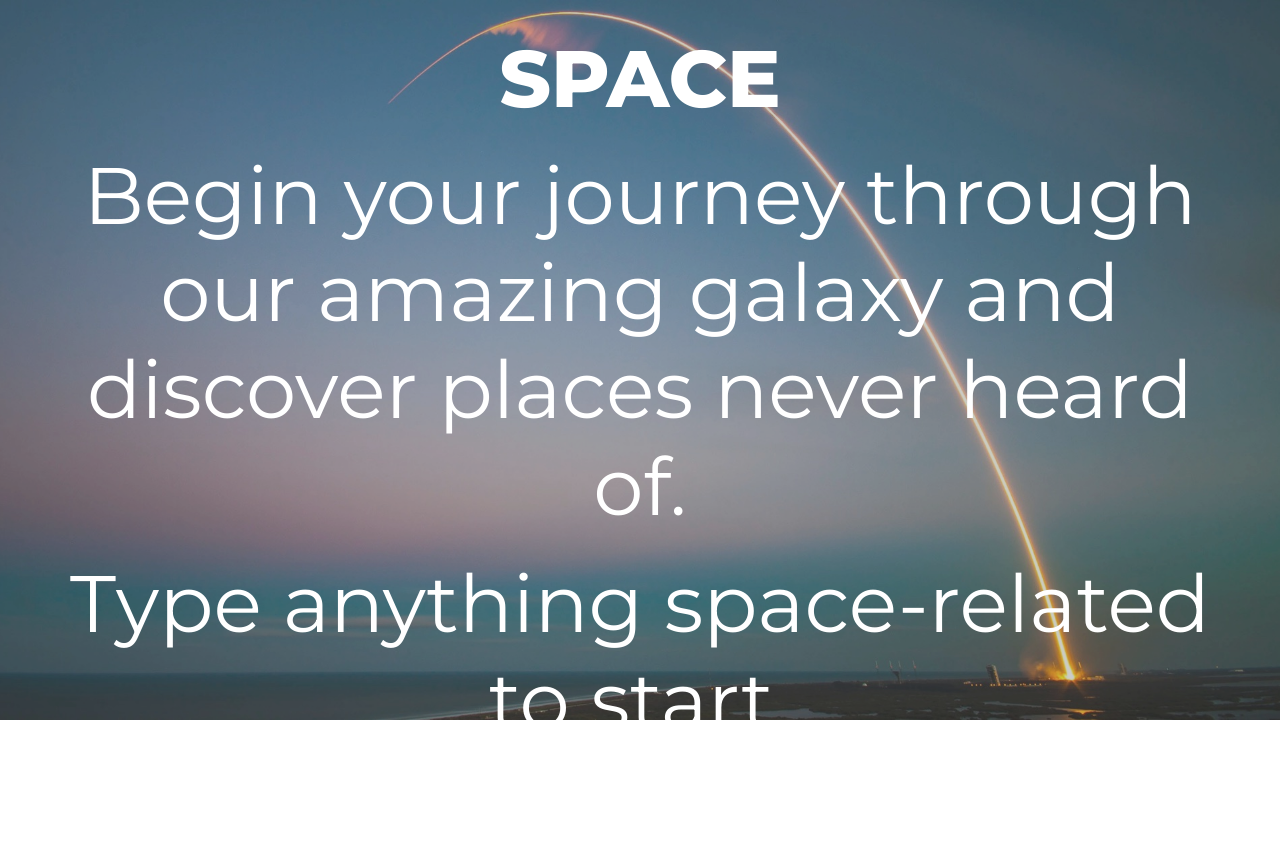
Repository: pmor80/spacer
Page: /
An editor plug-in stored every save of this project. The page is shown before and after the next save, followed by the edit.
The browser window is 1280 px wide. The pictures show the whole page.
The project was rebuilt for these pictures with package versions that can differ from the ones it lists, and the page was loaded fresh each time.

Above is the page before, as saved 2019-07-02 16:10:14.

### public/index.html
<!DOCTYPE html>
<html lang="en">
  <head>
    <meta charset="utf-8">
    <meta http-equiv="X-UA-Compatible" content="IE=edge">
    <meta name="viewport" content="width=device-width,initial-scale=1.0">
    <link rel="icon" href="<%= BASE_URL %>favicon.ico">
    <title>spacer</title>
  </head>
  <body>
    <noscript>
      <strong>We're sorry but spacer doesn't work properly without JavaScript enabled. Please enable it to continue.</strong>
    </noscript>
    <div id="app"></div>
    <!-- built files will be auto injected -->
  </body>
</html>

### src/main.js
import Vue from 'vue';
import App from './App.vue';

Vue.config.productionTip = false;

new Vue({
  render: h => h(App),
}).$mount('#app');

### src/App.vue
<template>
  <div class="wrapper">
    <HeroImage />
    <Claim />
    <SearchInput />
  </div>
</template>

<script>
import axios from "axios";
import debounce from "lodash.debounce";
import Claim from "@/components/Claim.vue";
import SearchInput from "@/components/SearchInput.vue";
import HeroImage from "@/components/HeroImage.vue";

const API = "https://images-api.nasa.gov/search";

export default {
  name: "App",
  components: {
    HeroImage,
    Claim,
    SearchInput
  },
  data() {
    return {
      searchValue: "",
      results: []
    };
  },
  methods: {
    handleInput: debounce(function() {
      axios
        .get(`${API}?q=${this.searchValue}&media_type=image`)
        .then(response => {
          this.results = response.data.collection.items;
        })
        .catch(err => {
          console.log(err);
        });
    }, 500)
  }
};
</script>

<style lang="scss">
@import url("https://fonts.googleapis.com/css?family=Montserrat:300,400,600,800");

* {
  box-sizing: border-box;
}

body {
  font-family: "Montserrat", sans-serif;
  margin: 0;
  padding: 0;
}

.wrapper {
  margin: 0;
  padding: 30px;
  width: 100%;
  min-height: 100vh;
  display: flex;
  flex-direction: column;
  align-items: center;
  justify-content: center;
}
</style>

### src/components/Claim.vue
<template>
  <div class="claimWrapper">
    <h1 class="claim">SPACE</h1>
    <p
      class="subclaim"
    >Begin your journey through our amazing galaxy and discover places never heard of.</p>
    <p class="subclaim">Type anything space-related to start.</p>
  </div>
</template>

<script>
export default {
  name: "Claim"
};
</script>

<style lang="scss" scoped>
.claimWrapper {
  display: flex;
  flex-direction: column;
  justify-content: center;
  align-items: center;
  text-align: center;
  color: #fff;
}
.claim {
  font-size: 50px;
  margin: 0;

  @media (min-width: 768px) {
    font-size: 80px;
  }
}

.subclaim {
  margin: 20px 0 0 0;
  font-size: 13px;

  @media (min-width: 768px) {
    font-size: 80px;
  }
}
</style>

### src/components/SearchInput.vue
<template>
  <div class="searchWrapper">
    <input id="search" name="search" v-model="searchValue" @input="handleInput" />
  </div>
</template>

<script>
export default {
  name: "SearchInput"
};
</script>

<style lang="scss" scoped>
.searchWrapper {
  margin: 50px 0 0 0;
  display: flex;
  flex-direction: column;
  width: 250px;

  input {
    color: #fff;
    text-align: center;
    font-size: 18px;
    font-weight: 300;
    height: 30px;
    border: 0;
    background: none;
    border-bottom: 1px solid #fff;
    transition: box-shadow 0.5s;
  }
  input:focus {
    outline: none;
    box-shadow: 0 10px 20px -8px rgba(255, 255, 255, 0.3);
  }
}
</style>

### src/components/HeroImage.vue
<template>
  <div class="heroImage"></div>
</template>

<script>
export default {
  name: "HeroImage"
};
</script>

<style lang="scss" scoped>
.heroImage {
  width: 100%;
  height: 100vh;
  position: fixed;
  top: 0;
  z-index: -1;
  justify-content: center;
  background-image: url("../assets/heroimage.jpg");
  background-repeat: no-repeat;
  background-size: cover;
  background-position: 80% 0%;
}
.heroImage::after {
  content: "";
  background: rgba(0, 0, 0, 0.2);
  position: absolute;
  top: 0;
  left: 0;
  z-index: 1;
  width: 100%;
  height: 100vh;
}
</style>

After the next save:
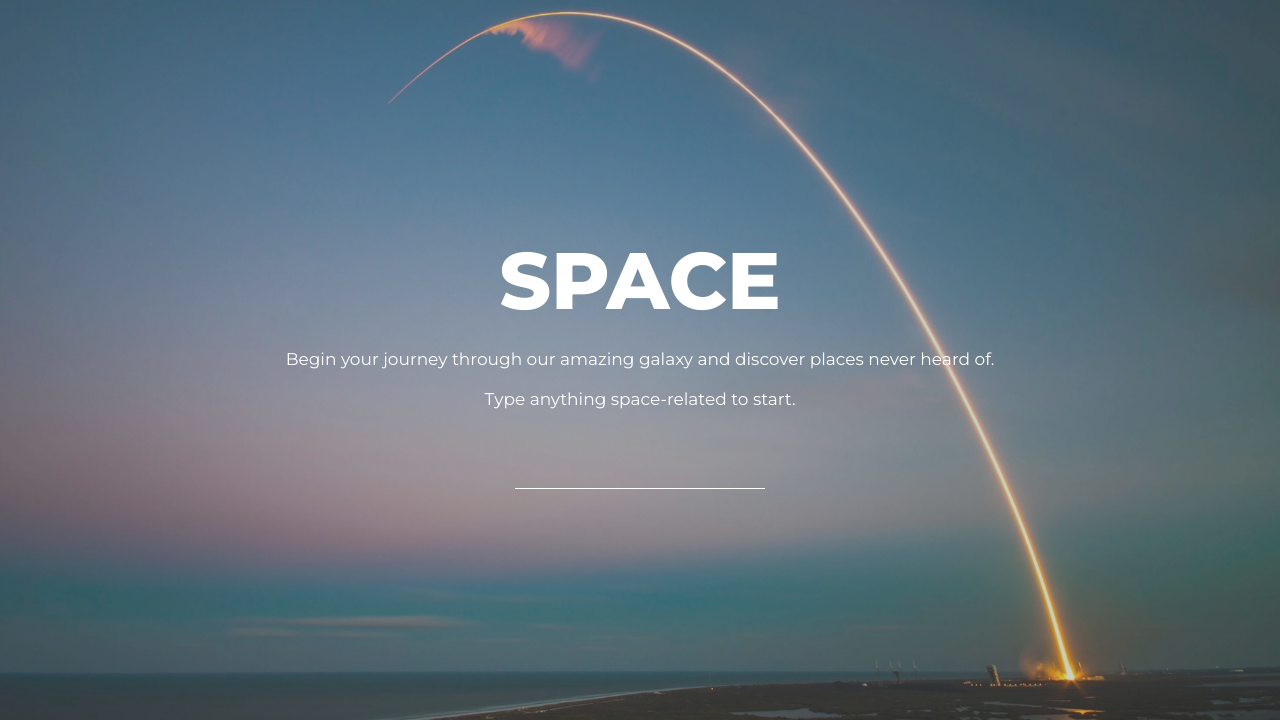
Saved 11 s later.
--- a/src/components/Claim.vue
+++ b/src/components/Claim.vue
@@ -37,7 +37,7 @@ export default {
   font-size: 13px;
 
   @media (min-width: 768px) {
-    font-size: 80px;
+    font-size: 17px;
   }
 }
 </style>
